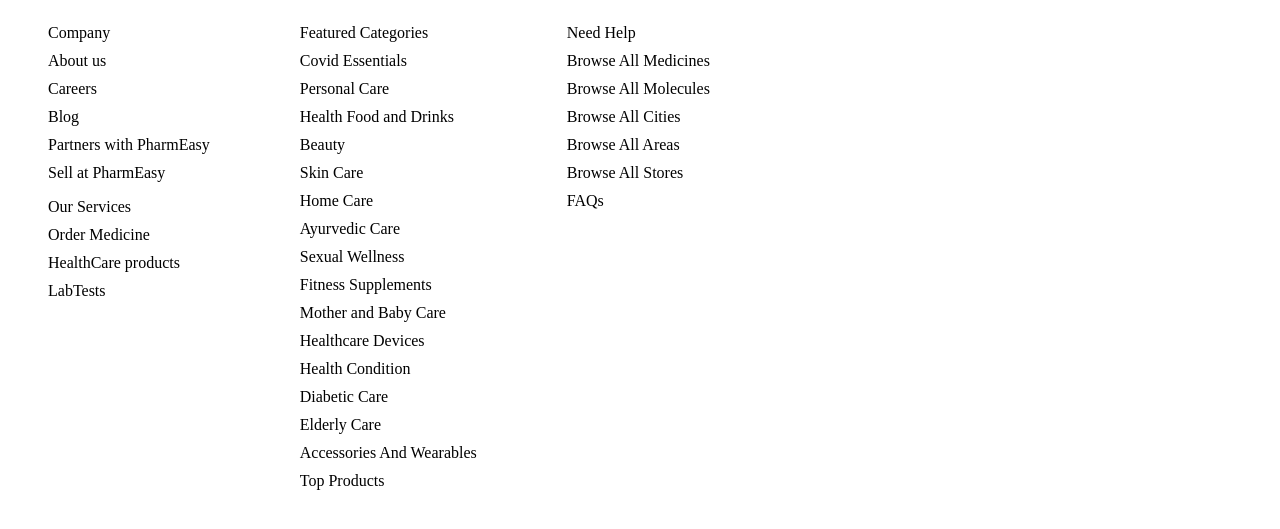
Repository: pavani122/Ecommerce
Page: http://localhost/Ecommerce/WEB-INF/tiles/footer.jsp
These files come from the project's save history. The page is drawn as it stood at one moment and after the next save; the edit follows.
The browser window is 1280 px wide. The pictures show the whole page.
The page is served by Tomcat 9. Nobody is signed in. The template is opened directly, without the code that normally fills it, so the values that code supplies are empty.

Above is the page before, as saved 2022-09-01 09:44:45.

After the next save:
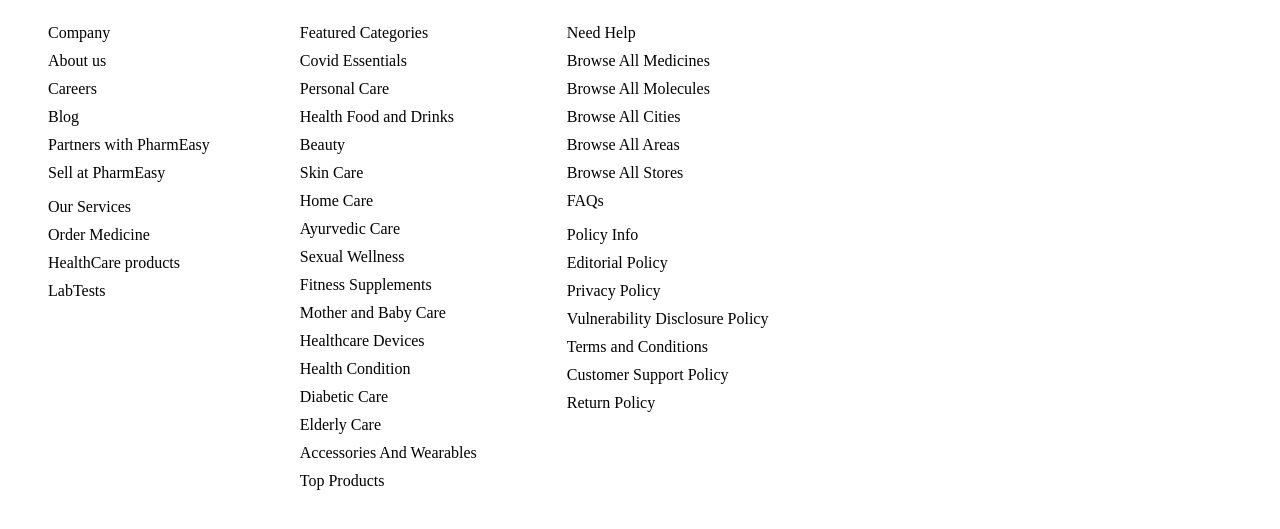
Saved 87 s later.
--- a/Ecommerce/src/main/webapp/WEB-INF/tiles/footer.jsp
+++ b/Ecommerce/src/main/webapp/WEB-INF/tiles/footer.jsp
@@ -75,13 +75,13 @@
 </div>
 <div id="third2">
 <ul>
-<li></li>
-<li></li>
-<li></li>
-<li></li>
-<li></li>
-<li></li>
-<li></li>
+<li>Policy Info</li>
+<li>Editorial Policy</li>
+<li>Privacy Policy</li>
+<li>Vulnerability Disclosure Policy</li>
+<li>Terms and Conditions</li>
+<li>Customer Support Policy</li>
+<li>Return Policy</li>
 </ul>
 </div>
 </div>
